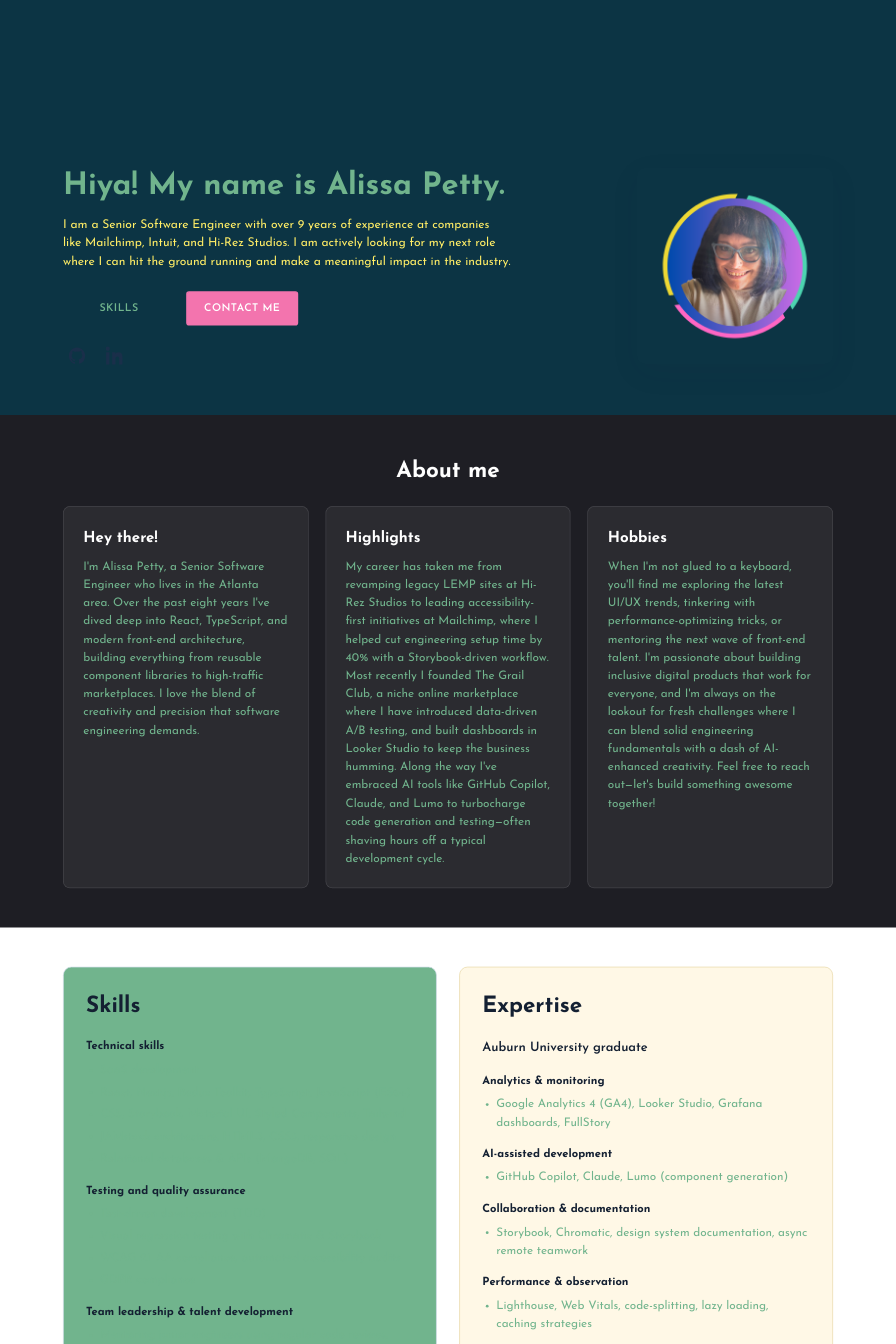
Repository: AlissaSPetty/alissa-petty-com
Page: /
An editor plug-in stored every save of this project. The page is shown before and after the next save, followed by the edit.
The browser window is 1280 px wide. The pictures show the part of the page from y = 0 to 1920 px (the page is 4285 px tall), at 70% of full size.
The project was rebuilt for these pictures with package versions that can differ from the ones it lists, and the page was loaded fresh each time. Also part of the build but not shown: vite.config.ts, src/legal.css, src/pages/LegalPage.tsx.

Above is the page before, as saved 2026-05-03 18:03:48.

After the next save:
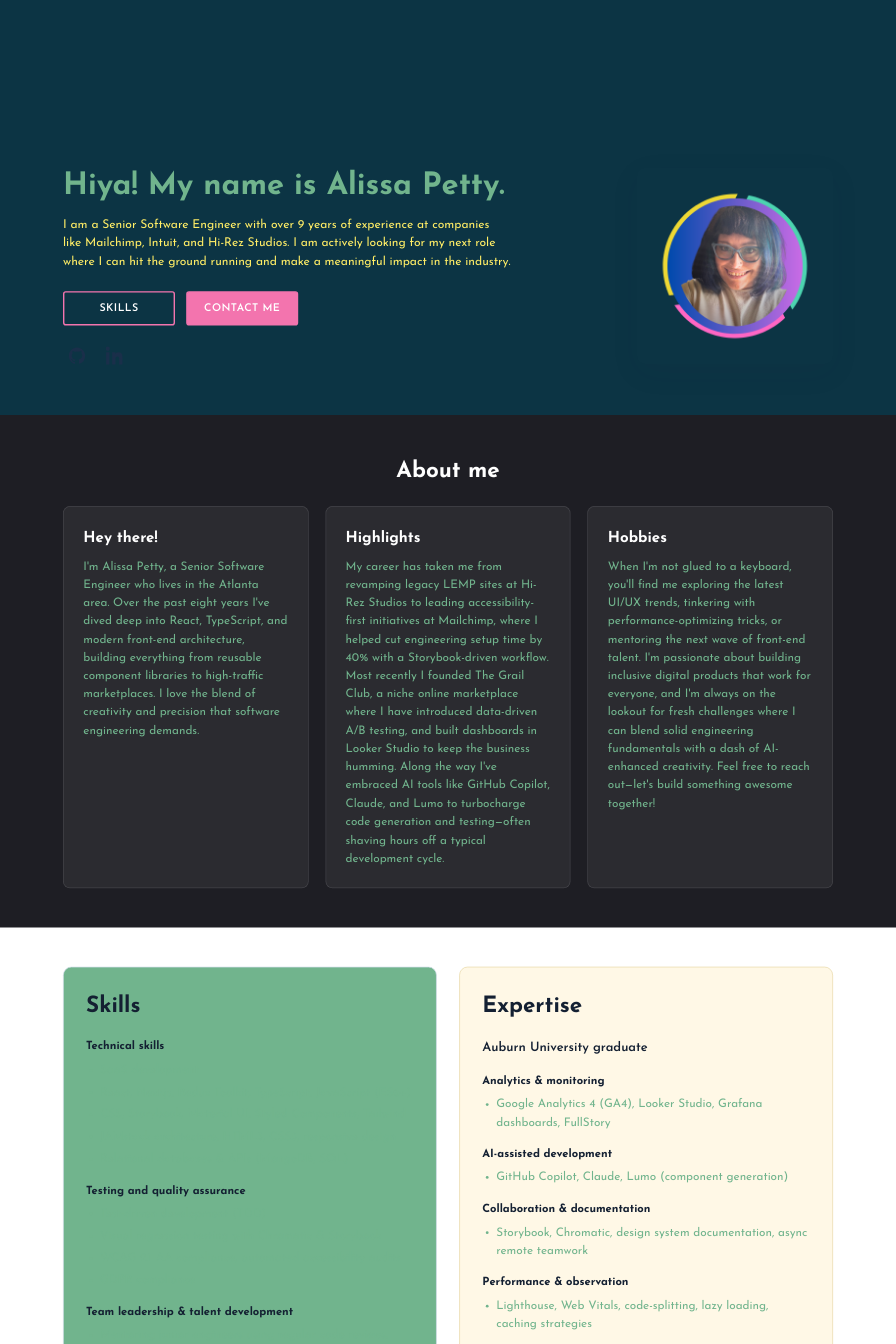
Saved 7 s later.
--- a/src/index.css
+++ b/src/index.css
@@ -166,7 +166,7 @@
 
 .btn-outline {
   background: transparent;
-  color: #fff
+  color: #fff;
   border-color: var(--primary);
 }
 
